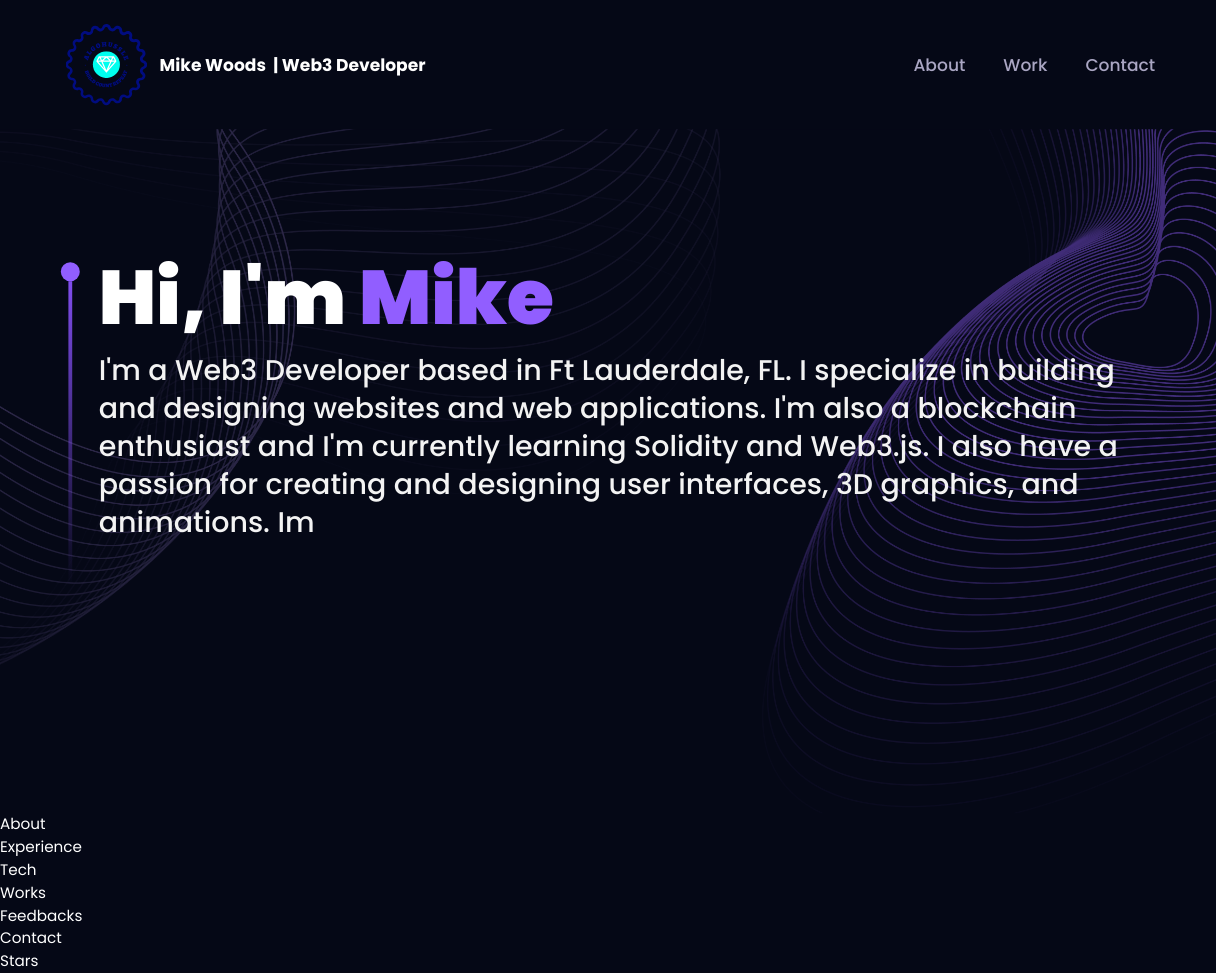
Repository: MikeeBuilds/3D-portfolio
Page: /
The author's editor kept a copy of each file at every save. The page is drawn from the files as they stood at one save, then again after the next save.
The browser window is 1280 px wide. The pictures show the whole page, at 95% of full size.
The project was rebuilt for these pictures with package versions that can differ from the ones it lists, and the page was loaded fresh each time. Also part of the build but not shown: vite.config.js, src/components/canvas/Earth.jsx, src/components/canvas/Ball.jsx, src/components/canvas/Computers.jsx.

Above is the page before, as saved 2023-03-04 15:05:15.

### index.html
<!DOCTYPE html>
<html lang="en">
  <head>
    <meta charset="UTF-8" />
    <link rel="icon" type="image/svg+xml" href="/logo.svg" />
    <meta name="viewport" content="width=device-width, initial-scale=1.0" />
    <title>Algo Hussle Portfolio</title>
  </head>
  <body>
    <div id="root"></div>
    <script type="module" src="/src/main.jsx"></script>
  </body>
</html>

### src/App.jsx
import { BrowserRouter } from "react-router-dom";
import { About, Contact, Experience, Feedbacks,
Hero, Navbar, Tech, Works, StarsCanvas } from "./components";

const App = () => {
  return (
    <BrowserRouter>
      <div className="relative z-0 bg-primary">
        <div className="bg-hero-pattern bg-cover
        bg-no-repeat bg-center">
          <Navbar />
          <Hero />
        </div>
        <About />
        <Experience />
        <Tech />
        <Works />
        <Feedbacks />
        <div className="relative z-0">
          <Contact />
          <StarsCanvas />
        </div>
      </div>
    </BrowserRouter>
  )
};

export default App

### src/components/Hero.jsx
import React from 'react';
import { motion } from 'framer-motion';
import { styles } from '../styles';
import { ComputersCanvas } from './canvas';

const Hero = () => {
  return (
    <section className='relative w-full h-screen mx-auto'
    >
      <div className={`${styles.paddingX} absolute inset-0 top-[120px] max-w-7xl mx-auto flex flex-row items-start gap-5`}>
        <div className='flex flex-col items-center justify-center mt-5'>
          <div className='w-5 h-5 rounded-full bg-[#915eff]' />
          <div className='w-1 sm:h-80 h-40 violet-gradient' />
          </div>
          <div className=''>
            <h1 className={`${styles.heroHeadText} text-white`}>
              Hi, I'm <span className='text-[#915eff]'>Mike</span>
            </h1>
            <p className={`${styles.heroSubText} mt-2 text-white-100`}>
              I'm a Web3 Developer based in Ft Lauderdale, FL. I specialize in building and
                designing websites and web applications. I'm also a blockchain enthusiast and
                I'm currently learning Solidity and Web3.js. I also have a passion for
                creating and designing user interfaces, 3D graphics, and animations.
                Im
            </p>
          </div>

      </div>
    </section>
  )
}

export default Hero

### src/components/Navbar.jsx
import React, { useEffect, useState} from 'react';
import { Link } from "react-router-dom";
import { styles } from '../styles';
import { navLinks } from "../constants";
import { logo, menu, close } from "../assets";

const Navbar = () => {
  const [active, setActive] = useState("");
  const [toggle, setToggle] = useState(false);

  return (
    <nav className={`${styles.paddingX} w-full flex items-center py-5 top-0 z-20 bg-primary`}
    >
      <div className="flex items-center justify-between w-full max-w-7xl mx-auto">
        <Link to="/"
              className='flex items-center gap-2 '
              onClick={() => {
                setActive("");
                window.scrollTo(0, 0);
              }}
              >
                <img
                  src={logo}
                  alt='logo'
                  className='w-24 h-24 object-contain'
                  />
                <p
                  className='text-white text-[18px] font-bold cursor-pointer flex'
                  >
                    Mike Woods &nbsp;
                    <span
                      className='sm:block hidden'
                      >
                        | Web3 Developer
                    </span>
                </p>
          </Link>
            <ul className='list-none hidden sm:flex flex-row gap-10'>
                {navLinks.map((link) => (
                    <li
                      key={link.id}
                      className={`${
                        active === link.title
                        ? "text-white"
                        : "text-secondary"
                      } hover:text-white text-[18px] font-medium cursor-pointer`}
                      onClick={() => setActive(link.title)}
                      >
                    <a href={`#${link.id}`}> {link.title}</a>
                    </li>

                ))}
            </ul>
            <div className='sm:hidden flex flex-1 justify-end items-center'>
              <img src={toggle ? close : menu }
                    alt="menu"
                    className='w-[28px] h-[28px] object-contain cursor-pointer'
                    onClick={() => setToggle(!toggle)}
              />
              <div className={`${!toggle ? 'hidden'
              : 'flex'} p-6 black-gradient absolute top-20 right-0 mx-4 my-2 min-w-[140px] z-10
              rounded-xl`}>

              <ul className='list-none flex justify-end items-start flex-col gap-4'>
                {navLinks.map((link) => (
                    <li
                      key={link.id}
                      className={`${
                        active === link.title
                        ? "text-white"
                        : "text-secondary"
                      } font-poppins font-medium cursor-pointer text-[16px]`}
                      onClick={() => {
                        setToggle(!toggle);
                        setActive(link.title);
                      }}
                      >
                    <a href={`#${link.id}`}> {link.title}</a>
                    </li>

                ))}
            </ul>
              </div>

            </div>
        </div>
      </nav>
  )
}

export default Navbar

### src/constants/index.js
import {
    mobile,
    backend,
    creator,
    web,
    javascript,
    typescript,
    html,
    css,
    reactjs,
    redux,
    tailwind,
    nodejs,
    mongodb,
    git,
    figma,
    docker,
    meta,
    starbucks,
    tesla,
    shopify,
    carrent,
    jobit,
    tripguide,
    threejs,
  } from "../assets";

  export const navLinks = [
    {
      id: "about",
      title: "About",
    },
    {
      id: "work",
      title: "Work",
    },
    {
      id: "contact",
      title: "Contact",
    },
  ];

  const services = [
    {
      title: "Web Developer",
      icon: web,
    },
    {
      title: "React Native Developer",
      icon: mobile,
    },
    {
      title: "Backend Developer",
      icon: backend,
    },
    {
      title: "Content Creator",
      icon: creator,
    },
  ];

  const technologies = [
    {
      name: "HTML 5",
      icon: html,
    },
    {
      name: "CSS 3",
      icon: css,
    },
    {
      name: "JavaScript",
      icon: javascript,
    },
    {
      name: "TypeScript",
      icon: typescript,
    },
    {
      name: "React JS",
      icon: reactjs,
    },
    {
      name: "Redux Toolkit",
      icon: redux,
    },
    {
      name: "Tailwind CSS",
      icon: tailwind,
    },
    {
      name: "Node JS",
      icon: nodejs,
    },
    {
      name: "MongoDB",
      icon: mongodb,
    },
    {
      name: "Three JS",
      icon: threejs,
    },
    {
      name: "git",
      icon: git,
    },
    {
      name: "figma",
      icon: figma,
    },
    {
      name: "docker",
      icon: docker,
    },
  ];

  const experiences = [
    {
      title: "React.js Developer",
      company_name: "Starbucks",
      icon: starbucks,
      iconBg: "#383E56",
      date: "March 2020 - April 2021",
      points: [
        "Developing and maintaining web applications using React.js and other related technologies.",
        "Collaborating with cross-functional teams including designers, product managers, and other developers to create high-quality products.",
        "Implementing responsive design and ensuring cross-browser compatibility.",
        "Participating in code reviews and providing constructive feedback to other developers.",
      ],
    },
    {
      title: "React Native Developer",
      company_name: "Tesla",
      icon: tesla,
      iconBg: "#E6DEDD",
      date: "Jan 2021 - Feb 2022",
      points: [
        "Developing and maintaining web applications using React.js and other related technologies.",
        "Collaborating with cross-functional teams including designers, product managers, and other developers to create high-quality products.",
        "Implementing responsive design and ensuring cross-browser compatibility.",
        "Participating in code reviews and providing constructive feedback to other developers.",
      ],
    },
    {
      title: "Web Developer",
      company_name: "Shopify",
      icon: shopify,
      iconBg: "#383E56",
      date: "Jan 2022 - Jan 2023",
      points: [
        "Developing and maintaining web applications using React.js and other related technologies.",
        "Collaborating with cross-functional teams including designers, product managers, and other developers to create high-quality products.",
        "Implementing responsive design and ensuring cross-browser compatibility.",
        "Participating in code reviews and providing constructive feedback to other developers.",
      ],
    },
    {
      title: "Full stack Developer",
      company_name: "Meta",
      icon: meta,
      iconBg: "#E6DEDD",
      date: "Jan 2023 - Present",
      points: [
        "Developing and maintaining web applications using React.js and other related technologies.",
        "Collaborating with cross-functional teams including designers, product managers, and other developers to create high-quality products.",
        "Implementing responsive design and ensuring cross-browser compatibility.",
        "Participating in code reviews and providing constructive feedback to other developers.",
      ],
    },
  ];

  const testimonials = [
    {
      testimonial:
        "I thought it was impossible to make a website as beautiful as our product, but Rick proved me wrong.",
      name: "Sara Lee",
      designation: "CFO",
      company: "Acme Co",
      image: "https://randomuser.me/api/portraits/women/4.jpg",
    },
    {
      testimonial:
        "I've never met a web developer who truly cares about their clients' success like Rick does.",
      name: "Chris Brown",
      designation: "COO",
      company: "DEF Corp",
      image: "https://randomuser.me/api/portraits/men/5.jpg",
    },
    {
      testimonial:
        "After Rick optimized our website, our traffic increased by 50%. We can't thank them enough!",
      name: "Lisa Wang",
      designation: "CTO",
      company: "456 Enterprises",
      image: "https://randomuser.me/api/portraits/women/6.jpg",
    },
  ];

  const projects = [
    {
      name: "Car Rent",
      description:
        "Web-based platform that allows users to search, book, and manage car rentals from various providers, providing a convenient and efficient solution for transportation needs.",
      tags: [
        {
          name: "react",
          color: "blue-text-gradient",
        },
        {
          name: "mongodb",
          color: "green-text-gradient",
        },
        {
          name: "tailwind",
          color: "pink-text-gradient",
        },
      ],
      image: carrent,
      source_code_link: "https://github.com/",
    },
    {
      name: "Job IT",
      description:
        "Web application that enables users to search for job openings, view estimated salary ranges for positions, and locate available jobs based on their current location.",
      tags: [
        {
          name: "react",
          color: "blue-text-gradient",
        },
        {
          name: "restapi",
          color: "green-text-gradient",
        },
        {
          name: "scss",
          color: "pink-text-gradient",
        },
      ],
      image: jobit,
      source_code_link: "https://github.com/",
    },
    {
      name: "Trip Guide",
      description:
        "A comprehensive travel booking platform that allows users to book flights, hotels, and rental cars, and offers curated recommendations for popular destinations.",
      tags: [
        {
          name: "nextjs",
          color: "blue-text-gradient",
        },
        {
          name: "supabase",
          color: "green-text-gradient",
        },
        {
          name: "css",
          color: "pink-text-gradient",
        },
      ],
      image: tripguide,
      source_code_link: "https://github.com/",
    },
  ];

  export { services, technologies, experiences, testimonials, projects };

### src/assets/index.js
import logo from "./logo.svg";
import backend from "./backend.png";
import creator from "./creator.png";
import mobile from "./mobile.png";
import web from "./web.png";
import github from "./github.png";
import menu from "./menu.svg";
import close from "./close.svg";

import css from "./tech/css.png";
import docker from "./tech/docker.png";
import figma from "./tech/figma.png";
import git from "./tech/git.png";
import html from "./tech/html.png";
import javascript from "./tech/javascript.png";
import mongodb from "./tech/mongodb.png";
import nodejs from "./tech/nodejs.png";
import reactjs from "./tech/reactjs.png";
import redux from "./tech/redux.png";
import tailwind from "./tech/tailwind.png";
import typescript from "./tech/typescript.png";
import threejs from "./tech/threejs.svg";

import meta from "./company/meta.png";
import shopify from "./company/shopify.png";
import starbucks from "./company/starbucks.png";
import tesla from "./company/tesla.png";

import carrent from "./carrent.png";
import jobit from "./jobit.png";
import tripguide from "./tripguide.png";

export {
  logo,
  backend,
  creator,
  mobile,
  web,
  github,
  menu,
  close,
  css,
  docker,
  figma,
  git,
  html,
  javascript,
  mongodb,
  nodejs,
  reactjs,
  redux,
  tailwind,
  typescript,
  threejs,
  meta,
  shopify,
  starbucks,
  tesla,
  carrent,
  jobit,
  tripguide,
};

### tailwind.config.cjs

/** @type {import('tailwindcss').Config} */
module.exports = {
  content: ["./src/**/*.{js,jsx}"],
  mode: "jit",
  theme: {
    extend: {
      colors: {
        primary: "#050816",
        secondary: "#aaa6c3",
        tertiary: "#151030",
        "black-100": "#100d25",
        "black-200": "#090325",
        "white-100": "#f3f3f3",
      },
      boxShadow: {
        card: "0px 35px 120px -15px #211e35",
      },
      screens: {
        xs: "450px",
      },
      backgroundImage: {
        "hero-pattern": "url('/src/assets/herobg.png')",
      },
    },
  },
  plugins: [],
};

Loaded but not shown: src/main.jsx (common file); src/index.css (common file); src/components/index.js (common file); src/components/canvas/index.js (common file); src/components/About.jsx (common file); src/components/Tech.jsx (common file); src/components/Experience.jsx (common file); src/components/Works.jsx (common file); src/components/Feedbacks.jsx (common file); src/components/Contact.jsx (common file); src/components/canvas/Stars.jsx (common file); src/styles.js (common file)

After the next save:
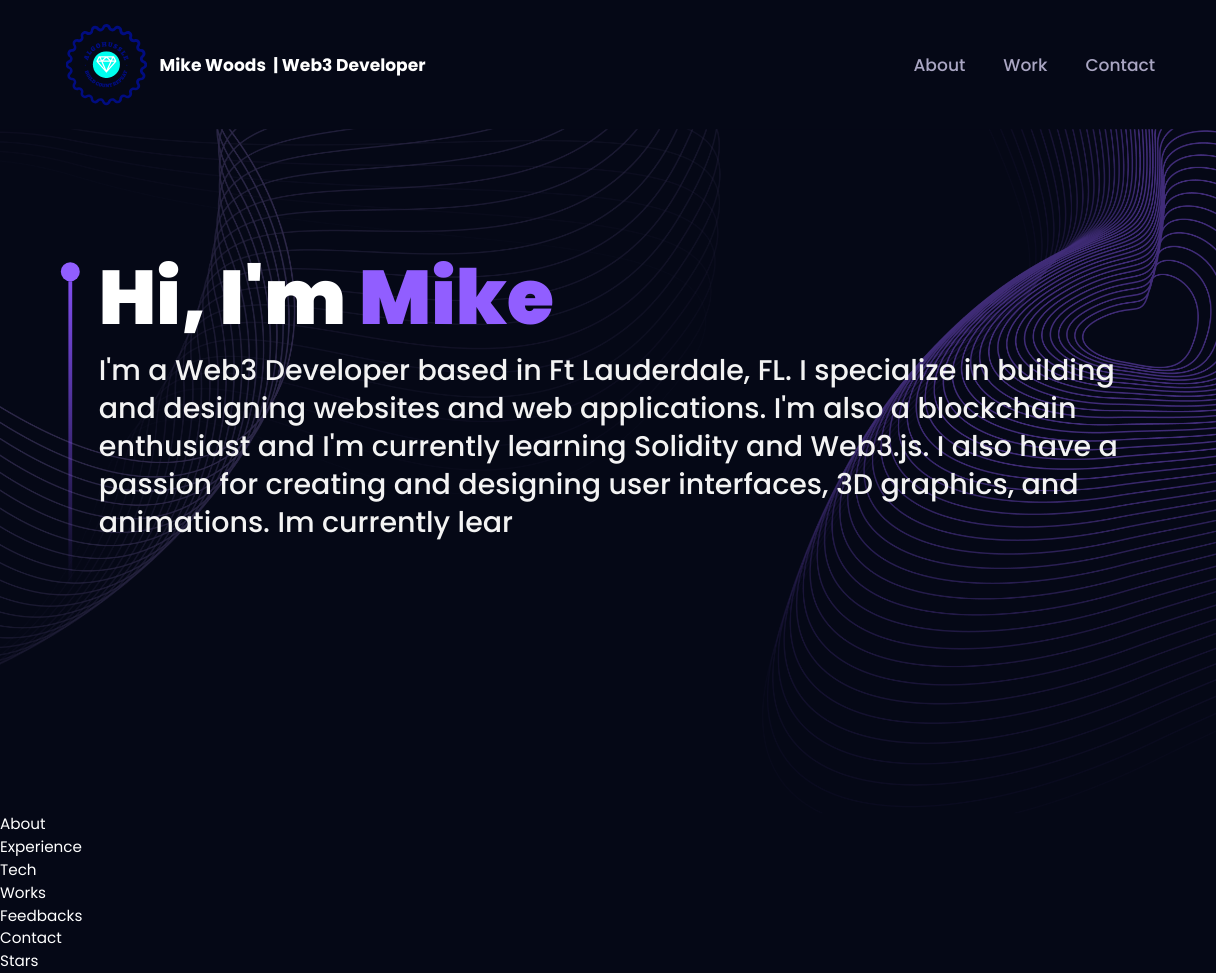
Saved 13 s later.
--- a/src/components/Hero.jsx
+++ b/src/components/Hero.jsx
@@ -21,7 +21,7 @@ const Hero = () => {
                 designing websites and web applications. I'm also a blockchain enthusiast and
                 I'm currently learning Solidity and Web3.js. I also have a passion for
                 creating and designing user interfaces, 3D graphics, and animations.
-                Im
+                Im currently lear
             </p>
           </div>
 
